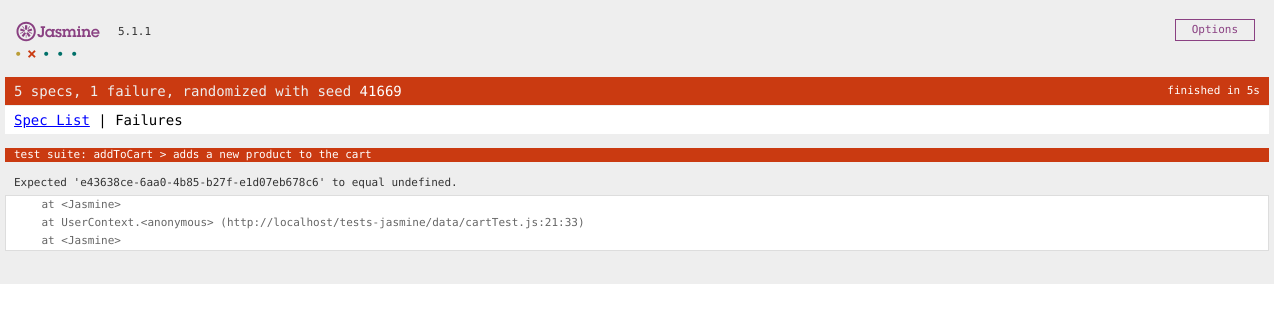
Repository: Jpr-2311/Amazon_Clone
Page: tests-jasmine/tests.html
The author's editor kept a copy of each file at every save. The page is drawn from the files as they stood at one save, then again after the next save.
The browser window is 1280 px wide. The pictures show the whole page.

Above is the page before, as saved 2025-06-19 11:25:54.

### tests-jasmine/tests.html
<!DOCTYPE html>
<html>
<head>
  <meta charset="utf-8">
  <title>Jasmine Spec Runner v5.1.1</title>

  <link rel="shortcut icon" type="image/png" href="lib/jasmine-5.1.1/jasmine_favicon.png">
  <link rel="stylesheet" href="lib/jasmine-5.1.1/jasmine.css">

  <script src="lib/jasmine-5.1.1/jasmine.js"></script>
  <script src="lib/jasmine-5.1.1/jasmine-html.js"></script>
  <script src="lib/jasmine-5.1.1/boot0.js"></script>
  <!-- optional: include a file here that configures the Jasmine env -->
  <script src="lib/jasmine-5.1.1/boot1.js"></script>

  <script src="utils/moneyTest.js" type="module"></script>
  <script src="data/cartTest.js" type="module"></script>
</head>

<body>
</body>
</html>

### tests-jasmine/lib/jasmine-5.1.1/boot0.js
 /*
Copyright (c) 2008-2023 Pivotal Labs

Permission is hereby granted, free of charge, to any person obtaining
a copy of this software and associated documentation files (the
"Software"), to deal in the Software without restriction, including
without limitation the rights to use, copy, modify, merge, publish,
distribute, sublicense, and/or sell copies of the Software, and to
permit persons to whom the Software is furnished to do so, subject to
the following conditions:

The above copyright notice and this permission notice shall be
included in all copies or substantial portions of the Software.

THE SOFTWARE IS PROVIDED "AS IS", WITHOUT WARRANTY OF ANY KIND,
EXPRESS OR IMPLIED, INCLUDING BUT NOT LIMITED TO THE WARRANTIES OF
MERCHANTABILITY, FITNESS FOR A PARTICULAR PURPOSE AND
NONINFRINGEMENT. IN NO EVENT SHALL THE AUTHORS OR COPYRIGHT HOLDERS BE
LIABLE FOR ANY CLAIM, DAMAGES OR OTHER LIABILITY, WHETHER IN AN ACTION
OF CONTRACT, TORT OR OTHERWISE, ARISING FROM, OUT OF OR IN CONNECTION
WITH THE SOFTWARE OR THE USE OR OTHER DEALINGS IN THE SOFTWARE.
*/
/**
 This file starts the process of "booting" Jasmine. It initializes Jasmine,
 makes its globals available, and creates the env. This file should be loaded
 after `jasmine.js` and `jasmine_html.js`, but before `boot1.js` or any project
 source files or spec files are loaded.
 */
(function() {
  const jasmineRequire = window.jasmineRequire || require('./jasmine.js');

  /**
   * ## Require &amp; Instantiate
   *
   * Require Jasmine's core files. Specifically, this requires and attaches all of Jasmine's code to the `jasmine` reference.
   */
  const jasmine = jasmineRequire.core(jasmineRequire),
    global = jasmine.getGlobal();
  global.jasmine = jasmine;

  /**
   * Since this is being run in a browser and the results should populate to an HTML page, require the HTML-specific Jasmine code, injecting the same reference.
   */
  jasmineRequire.html(jasmine);

  /**
   * Create the Jasmine environment. This is used to run all specs in a project.
   */
  const env = jasmine.getEnv();

  /**
   * ## The Global Interface
   *
   * Build up the functions that will be exposed as the Jasmine public interface. A project can customize, rename or alias any of these functions as desired, provided the implementation remains unchanged.
   */
  const jasmineInterface = jasmineRequire.interface(jasmine, env);

  /**
   * Add all of the Jasmine global/public interface to the global scope, so a project can use the public interface directly. For example, calling `describe` in specs instead of `jasmine.getEnv().describe`.
   */
  for (const property in jasmineInterface) {
    global[property] = jasmineInterface[property];
  }
})();

### tests-jasmine/utils/moneyTest.js
import {formatCurrency} from '../../scripts/utils/money.js';

describe('test suite: formatCurrency',()=>{
 it('converts cents into dollars',()=>{
  expect(formatCurrency(2095)).toEqual('20.95');
 });

 it('works with 0',()=>{
  expect(formatCurrency(0)).toEqual('0.00');
 });

 it('rounds up to the nearest cents',()=>{
  expect(formatCurrency(2000.5)).toEqual('20.01')
 });
});

### tests-jasmine/data/cartTest.js
import {addToCart,cart,loadFromStorage} from'../../data/cart.js';


describe('test suite: addToCart',()=>{
  it('adds an existing product to the cart',()=>{

  });

  it('adds a new product to the cart',()=>{

spyOn(localStorage,'setItem');

      spyOn(localStorage,'getItem').and.callFake(()=>{
        return JSON.stringify([]);
      });
      loadFromStorage();

      addToCart('e43638ce-6aa0-4b85-b27f-e1d07eb678c6');
      expect(cart.length).toEqual(1);
      expect(localStorage.setItem).toHaveBeenCalledTimes(1);
      expect(cart[0].productId).toEqual();
  });
});

### data/cart.js
export let cart;

loadFromStorage();

 export function loadFromStorage(){
    cart = JSON.parse(localStorage.getItem('cart'));

          if (!cart) {
            cart = [{
            productId: 'e43638ce-6aa0-4b85-b27f-e1d07eb678c6',
            quantity: 2,
            deliveryOptionId: '1'
          }, {
            productId: '15b6fc6f-327a-4ec4-896f-486349e85a3d',
            quantity: 1,
            deliveryOptionId: '2'
          }];
         }
  }

function saveToStorage() {
  localStorage.setItem('cart', JSON.stringify(cart));
}

export function addToCart(productId) {
  let matchingItem;

  cart.forEach((cartItem) => {
    if (productId === cartItem.productId) {
      matchingItem = cartItem;
    }
  });

  if (matchingItem) {
    matchingItem.quantity += 1;
  } else {
    cart.push({
      productId: productId,
      quantity: 1,
      deliveryOptionId: '1'
    });
  }

  saveToStorage();
}

export function removeFromCart(productId) {
  const newCart = [];

  cart.forEach((cartItem) => {
    if (cartItem.productId !== productId) {
      newCart.push(cartItem);
    }
  });

  cart = newCart;

  saveToStorage();
}

export function updateDeliveryOption(productId, deliveryOptionId) {
  let matchingItem;

  cart.forEach((cartItem) => {
    if (productId === cartItem.productId) {
      matchingItem = cartItem;
    }
  });

  matchingItem.deliveryOptionId = deliveryOptionId;

  saveToStorage();
}

Loaded but not shown: tests-jasmine/lib/jasmine-5.1.1/jasmine.css (library); tests-jasmine/lib/jasmine-5.1.1/jasmine.js (library); tests-jasmine/lib/jasmine-5.1.1/jasmine-html.js (library); tests-jasmine/lib/jasmine-5.1.1/boot1.js (library); scripts/utils/money.js (common file)

After the next save:
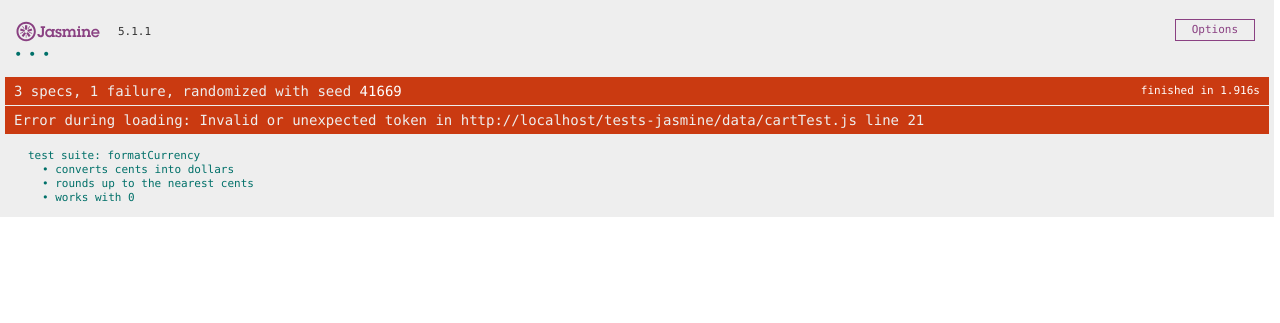
Console error: SyntaxError: Invalid or unexpected token
Saved 11 s later.
--- a/tests-jasmine/data/cartTest.js
+++ b/tests-jasmine/data/cartTest.js
@@ -18,6 +18,6 @@
       addToCart('e43638ce-6aa0-4b85-b27f-e1d07eb678c6');
       expect(cart.length).toEqual(1);
       expect(localStorage.setItem).toHaveBeenCalledTimes(1);
-      expect(cart[0].productId).toEqual();
+      expect(cart[0].productId).toEqual(e43638ce-6aa0-4b85-b27f-e1d07eb678c6);
   });
 });

After the 2 saves that followed:
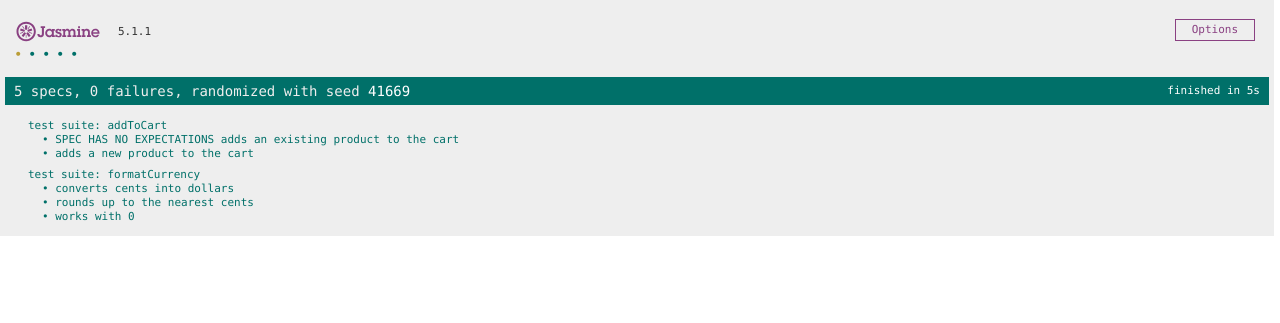
The error is gone.
The 2 saves are shown as one change because 1 left the picture as it was.
The last was saved 11 s later.
--- a/tests-jasmine/data/cartTest.js
+++ b/tests-jasmine/data/cartTest.js
@@ -18,6 +18,6 @@
       addToCart('e43638ce-6aa0-4b85-b27f-e1d07eb678c6');
       expect(cart.length).toEqual(1);
       expect(localStorage.setItem).toHaveBeenCalledTimes(1);
-      expect(cart[0].productId).toEqual(e43638ce-6aa0-4b85-b27f-e1d07eb678c6);
+      expect(cart[0].productId).toEqual('e43638ce-6aa0-4b85-b27f-e1d07eb678c6');
   });
 });
